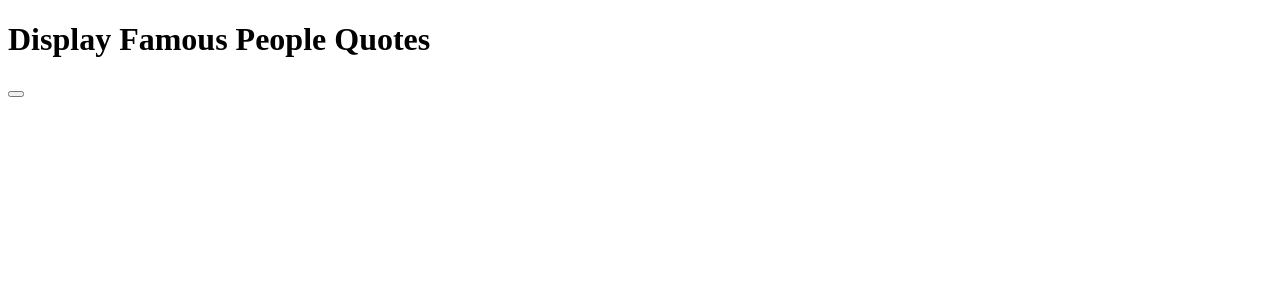
Repository: NiutaR/quotes-dom
Page: index.html
An editor plug-in stored every save of this project. The page is shown before and after a run of saves, followed by the edit.
The browser window is 1280 px wide. The pictures show the whole page.

Above is the page before, as saved 2021-07-20 17:33:24.

After the next 2 saves:
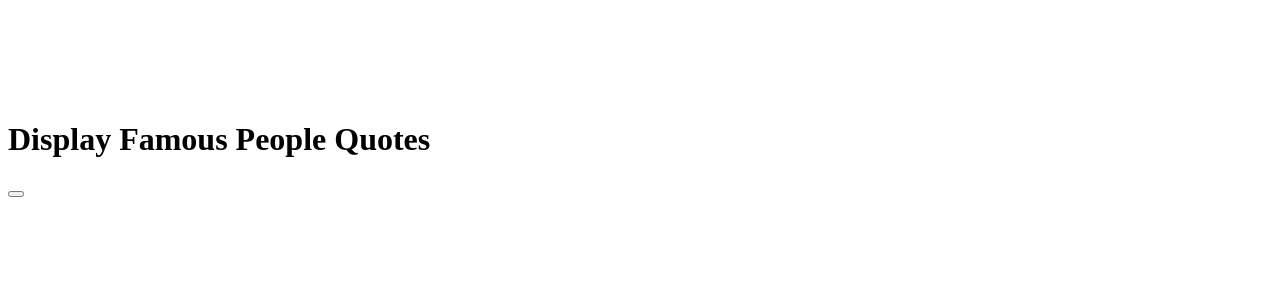
The 2 saves are shown as one change because they came seconds apart.
The last was saved 14 s later.
--- a/index.js
+++ b/index.js
@@ -1,11 +1,11 @@
 //document.getElementById('container').style.position = 'absolute';
 
 //Add some Css using Dom manipulation
-/*const divEl = document.getElementById('container');
+const divEl = document.getElementById('container');
 divEl.style.position = 'absolute';
 divEl.style.width = '50%';
 divEl.style.margin = '0 auto';
-divEl.style.top = '100px';*/
+divEl.style.top = '100px';
 
 /*const btn = document.createElement('button');
 const node = document.createTextNode('Click me');
